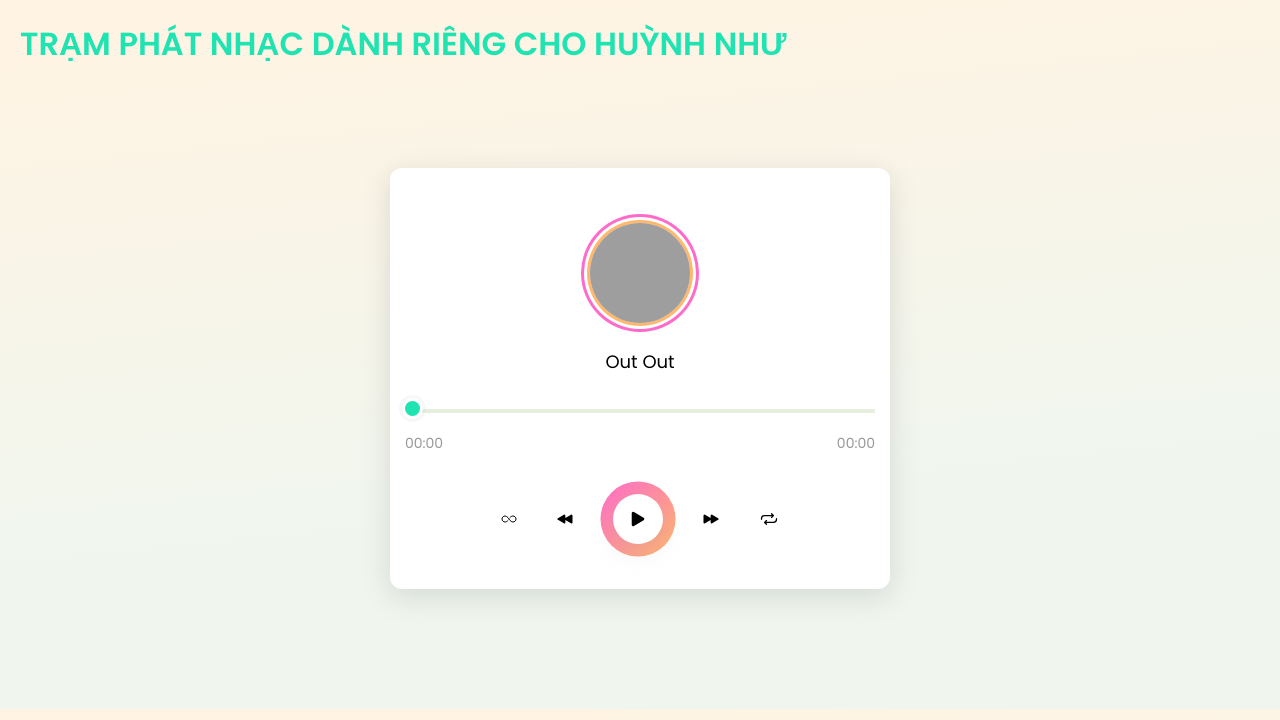
Repository: VuTuanAnh0949/Mp3
Page: index.html
The author's editor kept a copy of each file at every save. The page is drawn from the files as they stood at one save, then again after the next save.
The browser window is 1280 px wide. The pictures show the whole page.
Pictures or frames that could not be fetched are drawn as grey boxes.

Above is the page before, as saved 2022-09-25 14:57:55.

### index.html
<!DOCTYPE html>
<html lang="en">

<head>
    <meta charset="UTF-8">
    <meta http-equiv="X-UA-Compatible" content="IE=edge">
    <meta name="viewport" content="width=device-width, initial-scale=1.0">
    <link rel="stylesheet" href="app.css">
    <link rel="preconnect" href="https://fonts.googleapis.com">
    <link rel="preconnect" href="https://fonts.gstatic.com" crossorigin>
    <link href="https://fonts.googleapis.com/css2?family=Poppins:wght@300;400;600&family=Roboto:ital,wght@0,300;1,300&display=swap" rel="stylesheet">
    <title>MP3</title>
    <script type="module" src="https://unpkg.com/ionicons@5.5.2/dist/ionicons/ionicons.esm.js"></script>
    <script nomodule src="https://unpkg.com/ionicons@5.5.2/dist/ionicons/ionicons.js"></script>
</head>

<body>
    <div class="title">
        <h1>TRẠM PHÁT NHẠC DÀNH RIÊNG CHO HUỲNH NHƯ</h1>
    </div>
    <div class="music">
        <div class="music-thumb">
            <img src="https://unsplash.com/blog/content/images/size/w1600/2022/06/jon-anders-dalan-9jSe9ZIFtGw-unsplash.jpg" alt="">
        </div>
        <h3 class="music-name">The Night</h3>
        <input type="range" name="range" id="range" class="range">
        <audio src="./music/nhabangiau.mp3" id="song"></audio>
        <div class="timer">
            <div class="duration">2:10</div>
            <div class="remaining">-3:10</div>
        </div>
        <div class="controls">
            <ion-icon name="infinite-outline" class="play-infinite"></ion-icon>
            <ion-icon name="play-back" class="play-back"></ion-icon>
            <div class="play">
                <div class="player-inner">
                    <ion-icon name="play" class="play-icon"></ion-icon>
                </div>
            </div>
            <ion-icon name="play-forward" class="play-forward"></ion-icon>
            <ion-icon name="repeat-outline" class="play-repeat"></ion-icon>
        </div>
    </div>

<script src="./app.js"></script>

</body>

</html>

### app.css
html {
    box-sizing: border-box;
  }
  * {
    margin: 0;
    padding: 0;
  }
  *,
  *:before,
  *:after {
    box-sizing: border-box;
  }
  input,
  textarea,
  select,
  button {
    outline: none;
  }
  input {
    line-height: normal;
  }
  label,
  button {
    cursor: pointer;
  }
  a {
    text-decoration: none;
  }
  img {
    display: block;
    max-width: 100%;
  }
  body {
    font-family: "Poppins", sans-serif;
    padding: 20px;
    max-width: 1000vh;
    max-height: 1000vh;
    background-image: linear-gradient( 174.2deg,  rgba(255,244,228,1) 7.1%, rgba(240,246,238,1) 67.4% );
   background-size: cover;
  }
 .title{
  color:#20e3b2;
 }
  .music {
    max-width: 500px;
    margin: 100px auto;
    border-radius: 12px;
    background-color: white;
    box-shadow: rgba(100, 100, 111, 0.2) 0px 7px 29px 0px;
    padding: 55px 15px 45px;
  }
  .music-thumb {
    width: 100px;
    height: 100px;
    margin: 0 auto 25px;
  }
  .music-thumb.is-playing {
    animation: spinner 5s infinite linear;
  }
  .music-thumb img {
    width: 100%;
    height: 100%;
    object-fit: cover;
    border-radius: 100rem;
    box-shadow: 0 0 0 3px #ffb86c, 0 0 0 6px white, 0 0 0 9px #ff6bcb;
  }
  .music-name {
    font-size: 18px;
    font-weight: 500;
    text-align: center;
    margin-bottom: 20px;
  }
  .timer {
    display: flex;
    justify-content: space-between;
    align-items: center;
    font-size: 14px;
    color: #999;
    margin-bottom: 40px;
  }
  .controls {
    display: flex;
    justify-content: center;
    align-items: center;
    gap: 0 40px;
  }
  .play {
    position: relative;
  }
  .play:before {
    content: "";
    position: absolute;
    inset: 0;
    background-image: linear-gradient(to right bottom, #ff6bcb, #ffb86c);
    transform: scale(1.5);
    border-radius: 100rem;
  }
  .player-inner {
    width: 50px;
    height: 50px;
    border-radius: 100rem;
    background-color: white;
    display: flex;
    justify-content: center;
    align-items: center;
    cursor: pointer;
    box-shadow: rgba(149, 157, 165, 0.2) 0px 8px 24px;
    font-size: 20px;
    position: relative;
    z-index: 2;
  }
  .play-repeat,
  .play-back,
  .play-forward {
    cursor: pointer;
  }
  .range {
    -webkit-appearance: none; /* Hides the slider so that custom slider can be made */
    width: 100%; /* Specific width is required for Firefox. */
    background: transparent; /* Otherwise white in Chrome */
    margin-bottom: 20px;
     background: chartreuse;
  }
  .range::-webkit-slider-runnable-track {
    width: 100%;
    height: 4px;
    background-color: #eeee;
  }
  .range::-webkit-slider-thumb {
    -webkit-appearance: none;
    background-color: #20e3b2;
    width: 15px;
    height: 15px;
    border-radius: 100rem;
    margin-top: -8px;
    box-shadow: 0 0 0 3px white, 0 0 0 6px rgba(100, 100, 111, 0.05);
  }
  @keyframes spinner {
    to {
      transform: rotate(360deg);
    }
  }
  .play-repeat {
    font-size: 20px;
  }

### app.js
const song = document.getElementById("song");
const playBtn = document.querySelector(".player-inner");
const nextBtn = document.querySelector(".play-forward");
const prevBtn = document.querySelector(".play-back");
const durationTime = document.querySelector(".duration")
const remainingTime = document.querySelector(".remaining")
const rangeBar = document.querySelector(".range");
const musicName = document.querySelector(".music-name");
const musicThumbnail = document.querySelector(".music-thumb");
const musicImage = document.querySelector(".music-thumb img");
const playRepeat = document.querySelector(".play-repeat");

let isPlaying = true;
let indexSong = 0;
let isRepeat = false;
/* const musics = ["thenight.mp3","nhabangiau.mp3","outout.mp3","moveyour.mp3"]; */
const musics =[
  {
    id: 1,
    title: "Out Out",
    file: "outout.mp3",
    image: "https://c4.wallpaperflare.com/wallpaper/545/756/905/anime-anime-girls-mask-simple-background-hd-wallpaper-thumb.jpg"
},
      {
          id: 2,
          title: "Nhà Bạn Giàu",
          file: "nhabangiau.mp3",
          image: "https://images.unsplash.com/photo-1495430288918-03be19c7c485?ixlib=rb-1.2.1&ixid=MnwxMjA3fDB8MHxwaG90by1wYWdlfHx8fGVufDB8fHx8&auto=format&fit=crop&w=387&q=80"
      },
      {
        id: 3,
        title: "The Night",
        file: "thenight.mp3",
        image: "https://images.unsplash.com/photo-1532767153582-b1a0e5145009?ixlib=rb-1.2.1&ixid=MnwxMjA3fDB8MHxwaG90by1wYWdlfHx8fGVufDB8fHx8&auto=format&fit=crop&w=387&q=80"
    },
    {
      id: 4,
      title: "Move Your..",
      file: "moveyour.mp3",
      image: "https://c4.wallpaperflare.com/wallpaper/663/420/862/car-purple-retrowave-landscape-wallpaper-thumb.jpg"
  }

]
let timer;
let repeatCount = 0;
playRepeat.addEventListener("click", function () {
  if (isRepeat) {
    isRepeat = false;
    playRepeat.removeAttribute("style");
  } else {
    isRepeat = true;
    playRepeat.style.color = "#ffb86c";
  }
});
nextBtn.addEventListener("click", function () {
  changeSong(1);
});
prevBtn.addEventListener("click", function () {
  changeSong(-1);
});
song.addEventListener("ended", handleEndedSong);
function handleEndedSong() {
  repeatCount++;
  if (isRepeat && repeatCount === 1) {
    // handle repeat song
    isPlaying = true;
    playPause();
  } else {
    changeSong(1);
  }
}
function changeSong(dir) {
    if (dir === 1) {
      // next song
      indexSong++;
      if (indexSong >= musics.length) {
        indexSong = 0;
      }
      isPlaying = true;
    } else if (dir === -1) {
      // prev song
      indexSong--;
      if (indexSong < 0) {
        indexSong = musics.length - 1;
      }
      isPlaying = true;
    }
    init(indexSong);
    // song.setAttribute("src", `./music/${musics[indexSong].file}`);
    playPause();
  }

  playBtn.addEventListener("click", playPause);
  function playPause() {
    if (isPlaying) {
      musicThumbnail.classList.add("is-playing");
      song.play();
      playBtn.innerHTML = `<ion-icon name="pause-circle"></ion-icon>`;
      isPlaying = false;
      timer = setInterval(displayTimer, 500);
    } else {
      musicThumbnail.classList.remove("is-playing");
      song.pause();
      playBtn.innerHTML = `<ion-icon name="play"></ion-icon>`;
      isPlaying = true;
      clearInterval(timer);
    }
  }
  function displayTimer() {
    const { duration, currentTime } = song;
    rangeBar.max = duration;
    rangeBar.value = currentTime;
    remainingTime.textContent = formatTimer(currentTime);
    if (!duration) {
      durationTime.textContent = "00:00";
    } else {
      durationTime.textContent = formatTimer(duration);
    }
  }
  function formatTimer(number) {
    const minutes = Math.floor(number / 60);
    const seconds = Math.floor(number - minutes * 60);
    return `${minutes < 10 ? "0" + minutes : minutes}:${
      seconds < 10 ? "0" + seconds : seconds
    }`;
  }
  rangeBar.addEventListener("change", handleChangeBar);
  function handleChangeBar() {
    song.currentTime = rangeBar.value;
  }
  function init(indexSong) {
    song.setAttribute("src", `./music/${musics[indexSong].file}`);
    musicImage.setAttribute("src", musics[indexSong].image);
    musicName.textContent = musics[indexSong].title;
  }
  displayTimer();
  init(indexSong);

After the next save:
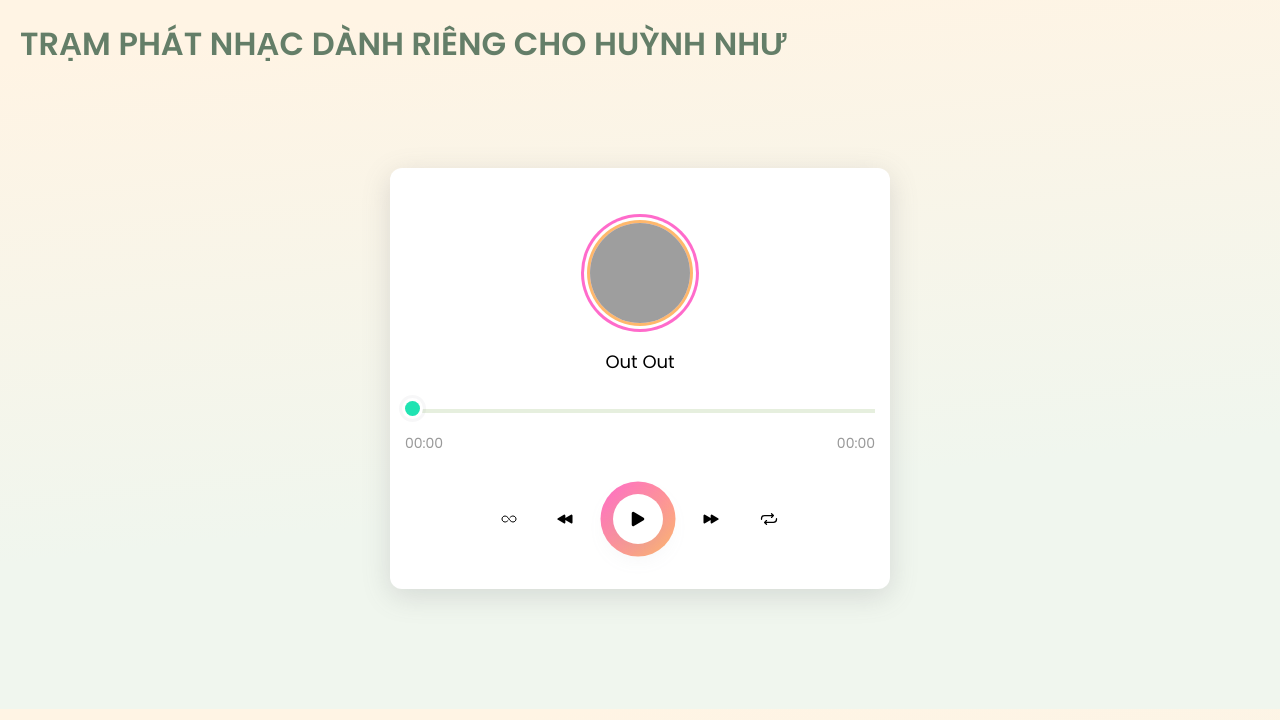
Saved 13 s later.
--- a/app.css
+++ b/app.css
@@ -39,7 +39,7 @@ html {
    background-size: cover;
   }
  .title{
-  color:#20e3b2;
+  color:#647E68;
  }
   .music {
     max-width: 500px;
